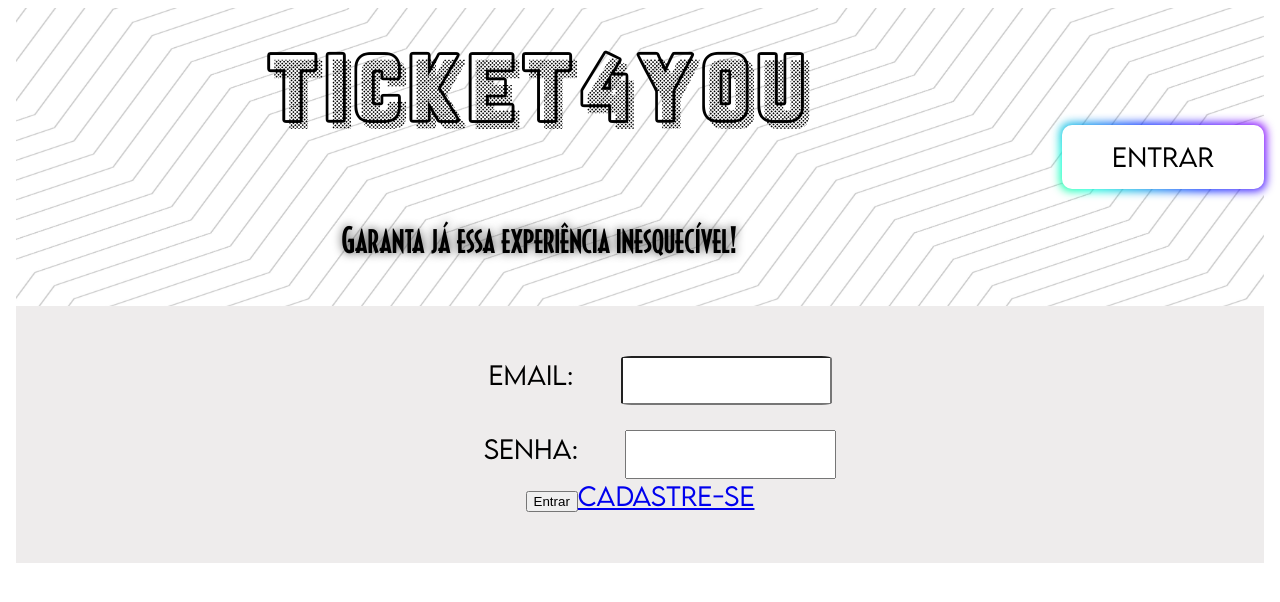
Repository: hellengurgaczz/projeto-DSA
Page: /login
The author's editor kept a copy of each file at every save. The page is drawn from the files as they stood at one save, then again after the next save.
The browser window is 1280 px wide. The pictures show the whole page.
The project was rebuilt for these pictures with package versions that can differ from the ones it lists, and the page was loaded fresh each time. Some packages were replaced by stand-ins written for this rebuild. Also part of the build but not shown: angular.json, src/app/ingressos/templates/cadastrar/cadastrar.component.ts, src/app/models/ingresso.model.ts, src/app/services/ingresso.service.ts, src/app/compra/comprar-ingresso/comprar-ingresso.component.ts, src/app/models/compra.model.ts, src/app/services/compra.service.ts, src/app/ingressos/templates/deletar/deletar.component.ts and 3 more.

Above is the page before, as saved 2022-05-10 12:32:44.

### src/index.html
<!doctype html>
<html lang="en">
<head>
  <meta charset="utf-8">
  <title>ProjetoDSA</title>
  <base href="/">
  <meta name="viewport" content="width=device-width, initial-scale=1">
  <link rel="icon" type="image/x-icon" href="favicon.ico">
</head>
<body>
  <app-root></app-root>
</body>
</html>

### src/app/app.module.ts
import { NgModule } from '@angular/core';
import { BrowserModule } from '@angular/platform-browser';
import { HttpClientModule } from '@angular/common/http';

import { AppRoutingModule } from './app-routing.module';
import { BrowserAnimationsModule } from '@angular/platform-browser/animations';
import { AppComponent } from './app.component';
import { HeaderComponent } from './ingressos/templates/header/header.component';
import { CadastrarComponent } from './ingressos/templates/cadastrar/cadastrar.component';
import { ListarComponent } from './ingressos/templates/listar/listar.component';
import { DeletarComponent } from './ingressos/templates/deletar/deletar.component';
import { EditarComponent } from './ingressos/templates/editar/editar.component';

// imports angular material

import { FormsModule } from '@angular/forms';
import { ComprarIngressoComponent } from './compra/comprar-ingresso/comprar-ingresso.component';
import { LoginComponent } from './login/login.component';
import { LoginCadastroComponent } from './login/login-cadastro/login-cadastro.component';


@NgModule({
  imports: [
    BrowserModule,
    AppRoutingModule,
    HttpClientModule,
    BrowserAnimationsModule,
    FormsModule
  ],
  declarations: [
    AppComponent,
    HeaderComponent,
    CadastrarComponent,
    ListarComponent,
    DeletarComponent,
    EditarComponent,
    ComprarIngressoComponent,
    LoginComponent,
    LoginCadastroComponent
  ],
  providers: [],
  bootstrap: [AppComponent]
})
export class AppModule { }

### src/app/app-routing.module.ts
import { NgModule } from '@angular/core';
import { RouterModule, Routes } from '@angular/router';
import { CadastrarComponent } from './ingressos/templates/cadastrar/cadastrar.component';
import { ComprarIngressoComponent } from './compra/comprar-ingresso/comprar-ingresso.component';
import { DeletarComponent } from './ingressos/templates/deletar/deletar.component';
import { EditarComponent } from './ingressos/templates/editar/editar.component';
import { ListarComponent } from './ingressos/templates/listar/listar.component';
import { LoginComponent } from './login/login.component';
import { LoginCadastroComponent } from './login/login-cadastro/login-cadastro.component';

const routes: Routes = [
  {path: "", component: ListarComponent},
  {path: "cadastrar", component: CadastrarComponent},
  {path: "listar", component: ListarComponent},
  {path: "editar/:id", component: EditarComponent},
  {path: "deletar/:id", component: DeletarComponent},
  {path: "comprar/:id", component: ComprarIngressoComponent},
  {path: "login", component: LoginComponent},
  {path: "login/cadastro", component: LoginCadastroComponent}
];

@NgModule({
  imports: [RouterModule.forRoot(routes)],
  exports: [RouterModule]
})

export class AppRoutingModule { }

### src/app/app.component.ts
import { Component } from '@angular/core';

@Component({
  selector: 'app-root',
  templateUrl: './app.component.html',
  styleUrls: ['./app.component.css']
})
export class AppComponent {
  title = 'projeto-DSA';
}

### src/app/login/login.component.ts
import { Component, OnInit } from '@angular/core';
import { ActivatedRoute, Router } from '@angular/router';
import { Login } from '../models/login.model';
import { LoginService } from '../services/login.service';

@Component({
  selector: 'app-login',
  templateUrl: './login.component.html',
  styleUrls: ['./login.component.css']
})
export class LoginComponent implements OnInit {

  login: Login = new Login();

  constructor(private service: LoginService, private router: Router, private route: ActivatedRoute) { }

  ngOnInit(): void {

  }

  verificarLogin() {
    this.service.buscarLogin(this.login).subscribe(() => {
      this.router.navigate(['/listar']);
    });
  }

}

### src/app/app.component.html
<body>
  <app-header></app-header>

  <main>

    <router-outlet></router-outlet>

  </main>
</body>

### src/app/app.component.css
body {
    background-color: rgba(146, 132, 132, 0.151);
}

### src/app/ingressos/templates/header/header.component.html

<div class="header">
    <div class="titulo">
        <h1 style="font-weight: lighter;">
            TICKET4YOU
        </h1>
        <h4 class="desc">
            Garanta já essa experiência inesquecível!
        </h4>
    </div>
    <div class="login">
        <a routerLink="./login">Entrar</a>
    </div>
</div>

### src/app/ingressos/templates/header/header.component.css
div.header {
    display: flex;
    flex-direction: row;
    background-image: url(../fonts/SL_042620_30310_10.jpg);
    background-size: cover;
}

.titulo {
    display: flex;
    width: 95%;
    align-items: center;
    justify-content: center;
    flex-direction: column;
    font-size: 25px;
    font-family:AMP;
}

.desc{
  font-family: DecoturaICG;
  text-shadow: 0 0 10px #424242;
  font-size: 35px;
  font-weight: lighter
}

.login {
    display: flex;
    justify-content: end;
    align-items: center;
}

a{
  padding: 0.6em 2em;
  border: none;
  text-decoration: none;
  font-family: LEMONMILK-Light;
  font-size: 25px;
  outline: none;
  color: rgb(0, 0, 0);
  background: rgb(255, 255, 255);
  cursor: pointer;
  position: relative;
  z-index: 0;
  border-radius: 10px;
  user-select: none;
  -webkit-user-select: none;
  touch-action: manipulation;
}

a::before{
  content: "";
  background: linear-gradient(
    45deg,
    #ff0000,
    #ff7300,
    #fffb00,
    #48ff00,
    #00ffd5,
    #002bff,
    #7a00ff,
    #ff00c8,
    #ff0000
  );
  position: absolute;
  top: -2px;
  left: -2px;
  background-size: 400%;
  z-index: -1;
  filter: blur(5px);
  -webkit-filter: blur(5px);
  width: calc(100% + 4px);
  height: calc(100% + 4px);
  animation: glowing-button-85 20s linear infinite;
  transition: opacity 0.3s ease-in-out;
  border-radius: 10px;
}

a::after{
  z-index: -1;
  content: "";
  position: absolute;
  width: 100%;
  height: 100%;
  background: rgb(255, 255, 255);
  left: 0;
  top: 0;
  border-radius: 10px;
}

@font-face{
  font-family: AMP;
  src:url(../fonts/AMP.ttf)
}

@font-face{
  font-family: LEMONMILK-Light;
  src: url(../fonts/LEMONMILK-Light.otf);
}

@font-face{
  font-family: DecoturaICG;
  src: url(../fonts/DecoturaICG.ttf);
}

@keyframes glowing-button-85 {
  0% {
    background-position: 0 0;
  }
  50% {
    background-position: 400% 0;
  }
  100% {
    background-position: 0 0;
  }
}

### src/app/login/login.component.html
<div class="all">
    <label class="email" for="email">Email: </label>
    <input type="text"  name="email" class="emailinput" [(ngModel)]="login.email">

    <p></p>

    <label class="senha" for="senha">Senha: </label>
    <input type="password"  name="email" class="senhainput" [(ngModel)]="login.senha">

    <div>
        <button (click)="verificarLogin()">Entrar</button>
        <a routerLink="login/cadastro">Cadastre-se</a>
    </div>
</div>

### src/app/login/login.component.css
.all{
  font-family: LEMONMILKLight;
  font-size: 25px;
  text-align: center;
  padding: 50px;
}

.email{
  margin: 40px;
}

.senha{
  margin: 40px;
}

.emailinput{
  padding: 15px;
  border-radius: 5%;
}

.senhainput{
  padding: 15px;
}

@font-face{
  font-family: LEMONMILKLight;
  src: url(fonts/LEMONMILK-Light.otf);
}

### src/app/models/login.model.ts
export class Login {
    id: number = 0;
    email?: string;
    senha?: string;
}

### src/app/services/login.service.ts
import { HttpClient } from '@angular/common/http';
import { Injectable } from '@angular/core';
import { Observable } from 'rxjs';
import { Login } from '../models/login.model';

@Injectable({
  providedIn: 'root'
})
export class LoginService {

  constructor(private http: HttpClient) { }

  URL = "http://localhost:3001/logins";


    buscarLogin(login : Login) : Observable<Login>{
      return this.http.get<Login>(this.URL + "/" + login.id);
    }

    cadastrarIngresso(login : Login) : Observable<any> {
      return this.http.post(this.URL, login);
    }
}

Loaded but not shown: src/styles.css (common file); src/main.ts (common file); src/environments/environment.ts (common file); src/app/ingressos/templates/header/header.component.ts (common file)

After the next save:
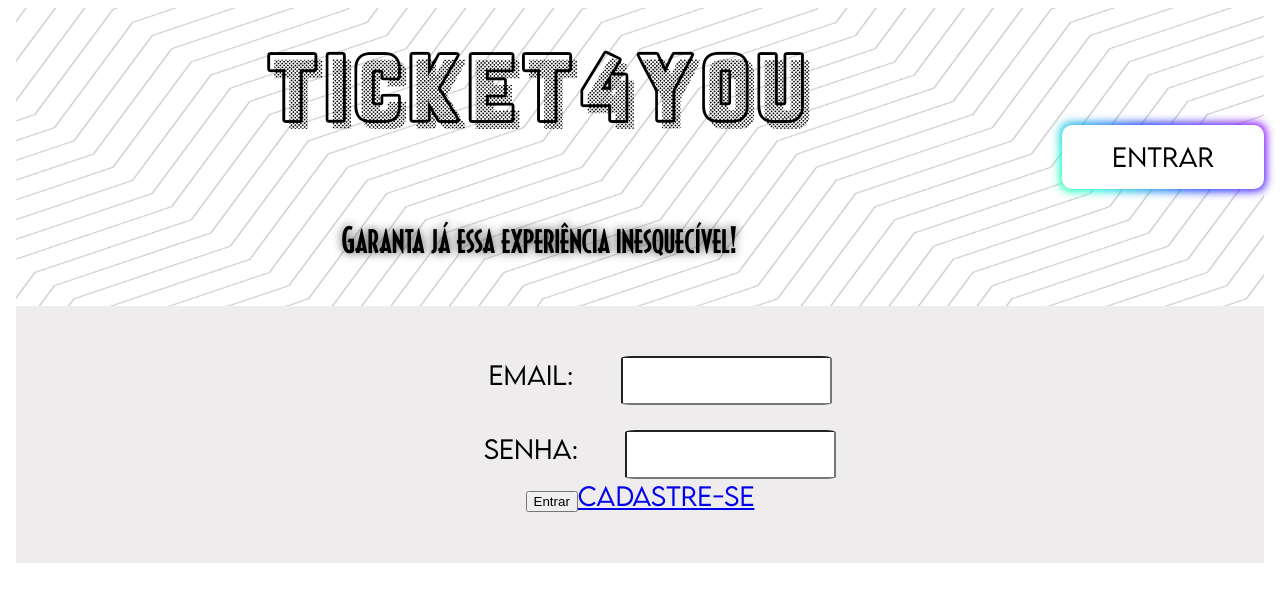
Saved 8 s later.
--- a/src/app/login/login.component.css
+++ b/src/app/login/login.component.css
@@ -20,6 +20,7 @@
 
 .senhainput{
   padding: 15px;
+  border-radius: 5%;
 }
 
 @font-face{
